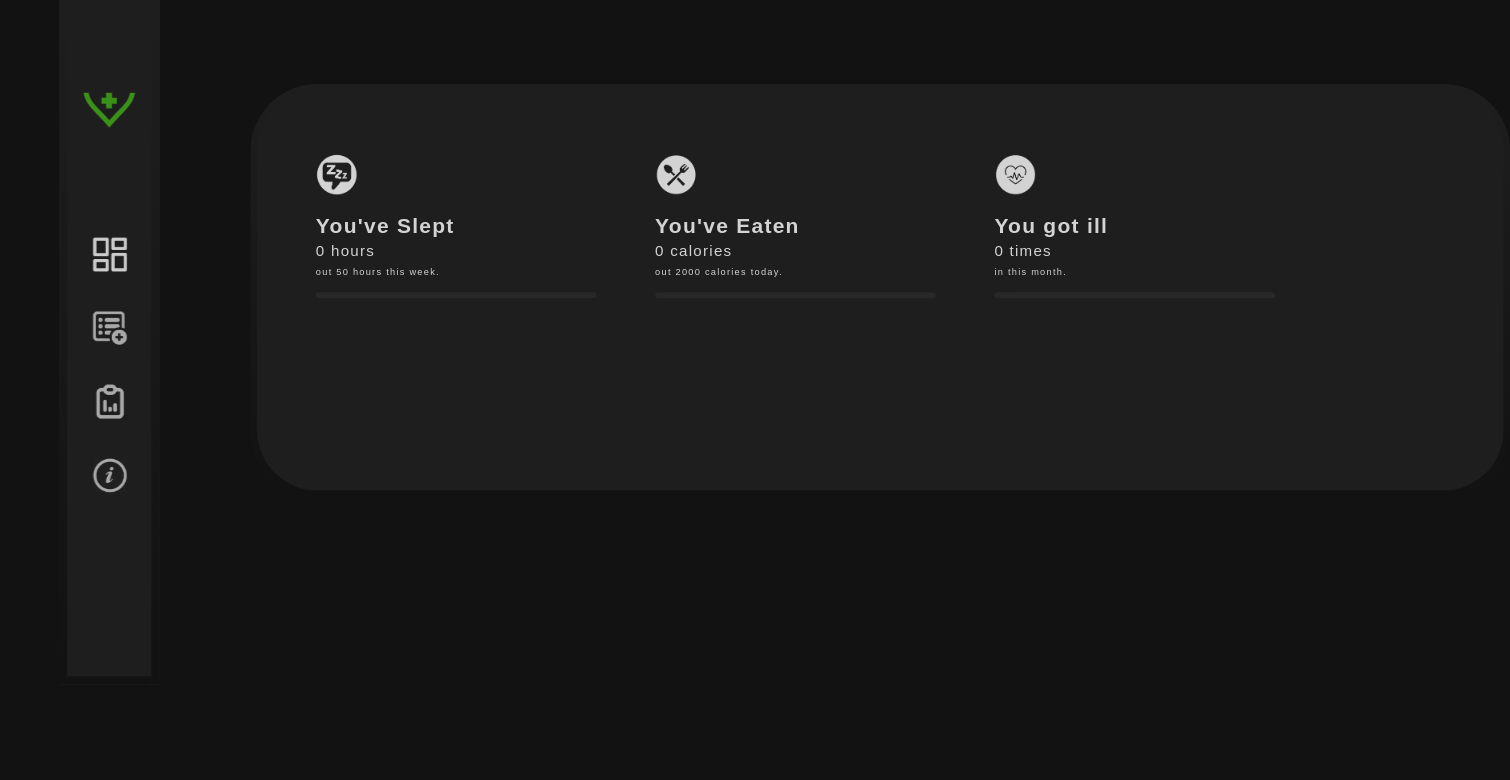
Repository: mhmd-bilal/health-analytics-dashboard
Page: http://localhost/project/anal.jsp
These files come from the project's save history. The page is drawn as it stood at one moment and after the next save; the edit follows.
The browser window is 1280 px wide. The page is 1798 px wide, so the pictures cover 1798 px, including what lies to the right of the window. The pictures show the whole page, at 84% of full size.
Some web fonts or font styles are not loaded; a fallback is used. Some web libraries are served in a nearby version. The page is served by Tomcat 10. Other server files are loaded and not shown. Queries for data that is not in the repository find no rows.

Above is the page before, as saved 2023-12-07 15:59:13.

### project/src/main/webapp/anal.jsp
<%@ page import="project.SleepCalculator" %>
  <%@ page import="project.CaloriesCalculator" %>
    <%@ page import="project.IllnessCalculator " %>

      <html>

      <head>
        <meta charset="UTF-8">
        <meta name="viewport" content="width=device-width, initial-scale=1.0">
        <title>Your Health Dashboard</title>
        <link rel="stylesheet" href="https://fonts.googleapis.com/css?family=Kanit">
        <link rel="stylesheet" type="text/css" href="styles2.css">
        <meta name="viewport" content="width=device-width, initial-scale=1">
        <script src='https://cdnjs.cloudflare.com/ajax/libs/jquery/3.2.1/jquery.min.js'></script>

        <script>

        </script>

      </head>

      <body>
  <div class="sidenav">
    <a href="#" style="padding-bottom: 100px;padding-left: 10px;"><img style="width: 95%;filter: brightness(1);" src="logo.png"></a>
    <a class="active" href="index2.jsp"><img src="dashboard.png"></a>
    <a href="add.jsp"><img src="add.png"></a>
    <a href="anal.jsp"><img src="anal.png"></a>
    <a href="info.jsp"><img src="info.png"></a>
  </div>
        <div class="main">

          <div class="analytics_container">
            <div class="count" style="width:100%">
              <div class="counts">
                <div class="card">
                  <img class="count-icon" src="sleep.png">
                  <p class="count-text">You've Slept</p><br>
                  <p class="count-count">
                    <%
                    int totalHoursSlept=SleepCalculator.calculateSleepHoursForWeek(); out.print(totalHoursSlept+ " hours" );
                    int sleeppercent=(totalHoursSlept*100)/50; %>
                      <p style="font-size:11px;margin-bottom:-15px">out 50 hours this week.</p></p>
                  <br>
                  <div class="pbbg">
                    <div class="pb" style="width: <%=sleeppercent %>%;max-width:100%;min-width:0%"></div>
                  </div>
                </div>
                <div class="card">
                  <img class="count-icon" src="food.png">
                  <p class="count-text">You've Eaten</p><br>
                  <p class="count-count">
                    <%
                    int totalCalories=CaloriesCalculator.calculateTotalCalories(); out.print(totalCalories + " calories"
                      ); int caloriepercent=(totalCalories*100)/2000; %>
                      <p style="font-size:11px;margin-bottom:-15px">out 2000 calories today.</p>
                  </p><br>
                  <div class="pbbg">
                    <div class="pb" style="width: <%=caloriepercent %>%;max-width:100%"></div>
                  </div>
                </div>
                <div class="card">
                  <img class="count-icon" src="ill.png">
                  <p class="count-text">You got ill</p><br>
                  <p class="count-count">
                    <% int totalHoursIll=IllnessCalculator.calculateIllnessHoursForMonth(); out.print(totalHoursIll
                      + " times" ); int illnessPercent=(totalHoursIll * 100) / 10;  %>
                      <p style="font-size:11px;margin-bottom:-15px">in this month.</p>
                  </p><br>
                  <div class="pbbg">
                    <div class="pb" style="width: <%=illnessPercent %>%;max-width:100%;min-width:0%"></div>
                  </div>
                </div>
              </div>
              <% int healthmeter=(3*sleeppercent+5*caloriepercent+2*illnessPercent)/10; %>

            </div>
          </div>
        </div>

      </body>

      </html>

### project/src/main/java/project/SleepCalculator.java
package project;

import java.sql.Connection;
import java.sql.DriverManager;
import java.sql.PreparedStatement;
import java.sql.ResultSet;
import java.sql.SQLException;
import java.time.LocalDate;
import java.time.LocalDateTime;
import java.time.format.DateTimeFormatter;

public class SleepCalculator {
    public static int calculateSleepHoursForWeek() {
        int totalHoursSlept = 0;

        try (Connection connection = DriverManager.getConnection("jdbc:mysql://localhost:3306/project", "root", "password")) {

            // Calculate the start date of the week
            LocalDate currentDate = LocalDate.now();
            LocalDateTime startDateTimeOfWeek = LocalDateTime.of(currentDate.minusDays(currentDate.getDayOfWeek().getValue() - 1), LocalDateTime.MIN.toLocalTime());

            String sqlQuery = "SELECT SUM(minutesslept) AS totalMinutesSlept FROM sleepentry WHERE sleepontime >= ?";

            try (PreparedStatement preparedStatement = connection.prepareStatement(sqlQuery)) {
                preparedStatement.setString(1, startDateTimeOfWeek.format(DateTimeFormatter.ofPattern("yyyy-MM-dd HH:mm:ss")));

                try (ResultSet resultSet = preparedStatement.executeQuery()) {
                    if (resultSet.next()) {
                        int totalMinutesSlept = resultSet.getInt("totalMinutesSlept");
                        totalHoursSlept = totalMinutesSlept / 60;

                        System.out.println("Total Hours Slept for the Week: " + totalHoursSlept);
                    }
                }
            }

        } catch (SQLException e) {
            e.printStackTrace();
        }

        return totalHoursSlept;
    }
}

### project/src/main/java/project/CaloriesCalculator.java
// CaloriesCalculator.java

package project;

import java.sql.Connection;
import java.sql.DriverManager;
import java.sql.PreparedStatement;
import java.sql.ResultSet;
import java.sql.SQLException;

public class CaloriesCalculator {
    public static int calculateTotalCalories() {
        int totalCalories = 0;

        try (Connection connection = DriverManager.getConnection("jdbc:mysql://localhost:3306/project", "root", "password")) {
            // Calculate the start and end date of the current month
            java.util.Calendar calendar = java.util.Calendar.getInstance();
            java.text.SimpleDateFormat dateFormat = new java.text.SimpleDateFormat("yyyy-MM-dd");
            String startDate = dateFormat.format(calendar.getTime());
            calendar.add(java.util.Calendar.MONTH, 1);
            calendar.set(java.util.Calendar.DAY_OF_MONTH, 1);
            calendar.add(java.util.Calendar.DATE, -1);
            String endDate = dateFormat.format(calendar.getTime());

            // Prepare and execute the SQL query
            String sql = "SELECT SUM(calories) AS totalCalories FROM foodentry WHERE foodentrytime BETWEEN ? AND ?";
            try (PreparedStatement preparedStatement = connection.prepareStatement(sql)) {
                preparedStatement.setString(1, startDate);
                preparedStatement.setString(2, endDate);
                try (ResultSet resultSet = preparedStatement.executeQuery()) {
                    if (resultSet.next()) {
                        totalCalories = resultSet.getInt("totalCalories");
                        System.out.println("Total Calories This Month: " + totalCalories);
                    }
                }
            }

        } catch (SQLException e) {
            e.printStackTrace();
        }

        return totalCalories;
    }
}

### project/src/main/java/project/IllnessCalculator.java
package project;

import java.sql.Connection;
import java.sql.DriverManager;
import java.sql.PreparedStatement;
import java.sql.ResultSet;
import java.sql.SQLException;
import java.time.LocalDate;
import java.time.LocalDateTime;
import java.time.format.DateTimeFormatter;

public class IllnessCalculator {
    public static int calculateIllnessHoursForMonth() {
        int totalHoursIll = 0;

        try (Connection connection = DriverManager.getConnection("jdbc:mysql://localhost:3306/project", "root", "password")) {

            // Calculate the start date of the month
            LocalDate currentDate = LocalDate.now();
            LocalDateTime startDateTimeOfMonth = LocalDateTime.of(currentDate.minusDays(currentDate.getDayOfMonth() - 1), LocalDateTime.MIN.toLocalTime());

            String sqlQuery = "SELECT count(illnesseid) AS totalIllnessHours FROM illnessentry WHERE illnessentrytime >= ?";

            try (PreparedStatement preparedStatement = connection.prepareStatement(sqlQuery)) {
                preparedStatement.setString(1, startDateTimeOfMonth.format(DateTimeFormatter.ofPattern("yyyy-MM-dd HH:mm:ss")));

                try (ResultSet resultSet = preparedStatement.executeQuery()) {
                    if (resultSet.next()) {
                        totalHoursIll = resultSet.getInt("totalIllnessHours");

                        System.out.println("Total Hours Ill for the Month: " + totalHoursIll);
                    }
                }
            }

        } catch (SQLException e) {
            e.printStackTrace();
        }

        return totalHoursIll;
    }
}

### project/src/main/webapp/styles2.css
body {
  font-family: "Montserrat", sans-serif;
  letter-spacing: 1.5px;
  background-color: #121212;
}

.sidenav {
  align-items: center;
  height: 100%;
  width: 100px;
  position: fixed;
  z-index: 1;
  top: 0;
  left: 0;
  background-color: #1E1E1E;
  overflow-x: hidden;
  padding-top: 75px;
  margin-left: 70px;
  margin-right: 100px;
  margin-top: 0px;
  border: 10px solid;
  border-image: linear-gradient(to bottom, #1E1E1E, #121212) 1;
}

.sidenav img {
  width: 75%;
}

.sidenav a {
  padding: 6px 6px 30px 25px;
  text-decoration: none;
  font-size: 25px;
  color: #d3d3d3;
  display: block;
  filter: brightness(0.8);
  transition: 0.2s;
}

.sidenav a:hover {
  filter: brightness(1.75);
}

.active img {
  filter: brightness(2);
}


.main {
  margin-left: 290px;
  margin-top: 100px;
  color: #d3d3d3;
  width: 1500px;
  height: 820px;
}

.container {
  display: flex;
}

.moodenter {
  border: 0px;
  border-radius: 25px;
  height: 50px;
  line-height: normal;
  color: #282828;
  display: block;
  width: 90%;
  box-sizing: border-box;
  user-select: auto;
  font-size: 16px;
  padding: 0 6px;
  padding-left: 30px;
  outline: none;
  background-color: #d3d3d3;
  margin-right: 10px;

}

.subbtn {
  width: 10%;
  display: inline-block;
  outline: none;
  cursor: pointer;
  font-size: 14px;
  line-height: 1;
  border-radius: 500px;
  transition-property: background-color, border-color, color, box-shadow, filter;
  transition-duration: .3s;
  border: 0px;
  letter-spacing: 2px;
  min-width: 160px;
  text-transform: uppercase;
  white-space: normal;
  font-weight: 700;
  text-align: center;
  padding: 16px 14px 18px;
  color: #fff;
  background-color: #49b51f;
  height: 48px;

  :hover {
    filter: brightness(1.75);
  }

}

.analytics_container {
  width: 100%;
  height: 60%;
  background-color: #121212;
  display: flex;
}

.pie {
  width: 40%;
}

.count {
  background-color: #1E1E1E;
  width: 60%;
  border: solid 8px transparent;
  border-radius: 80px;
  display: grid;
  background-image: linear-gradient(#1E1E1E, #1E1E1E), linear-gradient(to bottom, #1E1E1E, #121212);
  background-origin: border-box;
  background-clip: padding-box, border-box;
}

.counts {
  display: flex;
  margin-bottom: -60px;
}

.health-meter {
  padding: 0px 0px 10px 70px;
  display: flexbox;
  width: 83.5%;
}

.card {
  background-color: none;
  padding: 70px 0px 10px 70px;
  display: flexbox;
  width: 22.5%;
  height: 60%;
  height: 45%;
}

.count-icon {
  width: 60px;
  margin-left: -5px;
}

.count-text {
  font-size: 25px;
  line-height: 0px;
  font-weight: bolder;
  font-style: normal;
  margin-top: 30px;
}

.count-count {
  font-size: 18px;
  line-height: 0px;
  font-weight: lighter;
  margin-top: -12px;

}

.pbbg {
  background-color: #282828;
  width: 100%;
  height: 3%;
  border-radius: 80px;
}

.pb {
  background-color: #49b51f;
  height: 100%;
  border-radius: 80px;
}

.choose {
  width: 100%;
  height: 20%;
  background-color: #121212;
  display: flex;
}

.choose-card {
  height: 120%;
  width: 33%;
  align-items: center;
  text-align: center;
  background-image: linear-gradient(to bottom, #1E1E1E, #121212);
  ;
  border: #121212 solid 9px;
  border-radius: 40px 40px 0px 0px;
  padding: 30px 0px 0px 1px;
  transition: 1s;
  margin-top: 5px;
}

.choose-card a {
  background-color: transparent;
  outline: none;
  border: none;
}

.choose-card:hover {
  translate: 0 -5px;
}

#formFrame {
  margin-top: 200px;
}

.choose-card img {
  height: 70px;
}


.main-entry {
  width: 100%;
  height: 20%;
  text-align: center;
  color: #d3d3d3;
}

.date-pick {
  background-color: #1E1E1E;
  color: white;
  outline: none;
  border: none;
  border-radius: 25px;
  padding: 10px;
}

.subbtnentry {
  width: 40px;
  height: 30px;
  display: inline-block;
  outline: none;
  cursor: pointer;
  font-size: 14px;
  line-height: 1;
  border-radius: 500px;
  transition-property: background-color, border-color, color, box-shadow, filter;
  transition-duration: .3s;
  border: 0px;
  letter-spacing: 2px;
  min-width: 160px;
  text-transform: uppercase;
  white-space: normal;
  font-weight: 600;
  text-align: center;
  padding: 5px;
  color: #fff;
  background-color: #49b51f;
}
.chartFrame{
	outline: none;
	border: none;
	margin-top: 30px;
}

.md{
	text-align: center;
	color: #d3d3d3;
	z-index: 1;
	position: absolute;
	margin-top: -260px;
	margin-left: 245px;
}

.infograhic{
	z-index: 1;
	position: relative;
	padding-top: 20px;
	float: right;
}
@media screen and (max-height: 450px) {
  .sidenav {
    padding-top: 15px;
  }

  .sidenav a {
    font-size: 18px;
  }
}

After the next save:
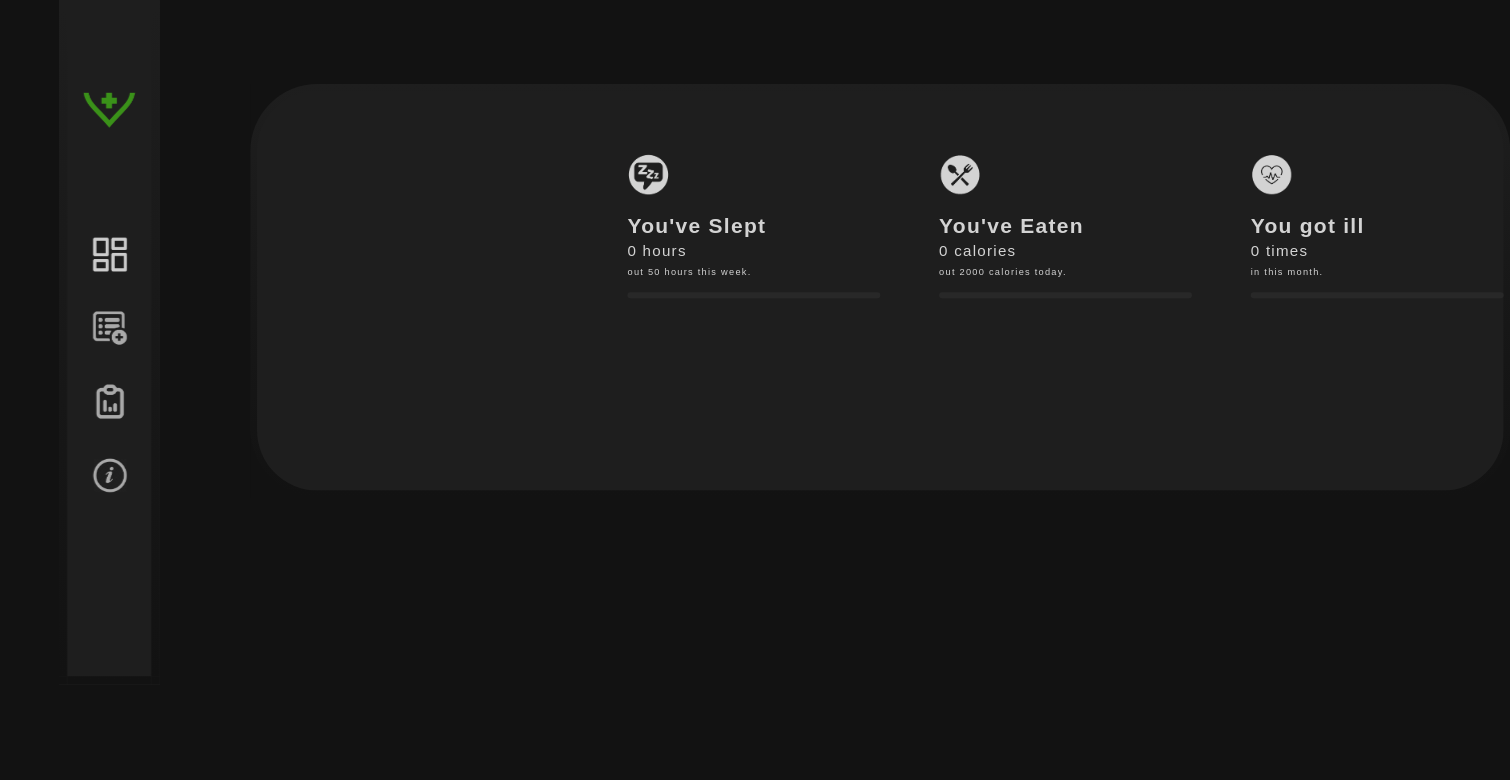
Saved 8 min 56 s later.
--- a/project/src/main/webapp/anal.jsp
+++ b/project/src/main/webapp/anal.jsp
@@ -32,6 +32,9 @@
           <div class="analytics_container">
             <div class="count" style="width:100%">
               <div class="counts">
+                <div class="card">
+
+                </div>
                 <div class="card">
                   <img class="count-icon" src="sleep.png">
                   <p class="count-text">You've Slept</p><br>
